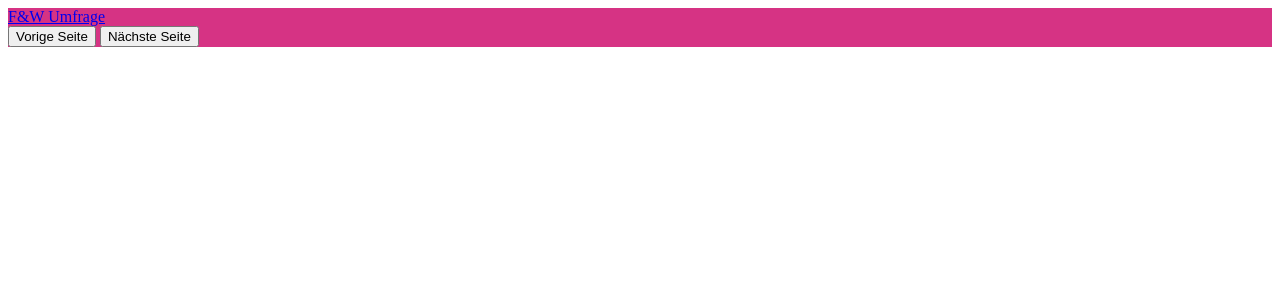
Repository: stephane71183101/Stephane-Personal-Health-Survey
Page: http://localhost/includes/header.php
The author's editor kept a copy of each file at every save. The page is drawn from the files as they stood at one save, then again after the next save.
The browser window is 1280 px wide. The pictures show the whole page.
The page is run by PHP 8.4 with error messages shown; the project is at /var/www/html/.

Above is the page before, as saved 2022-03-16 10:37:58.

After the next save:
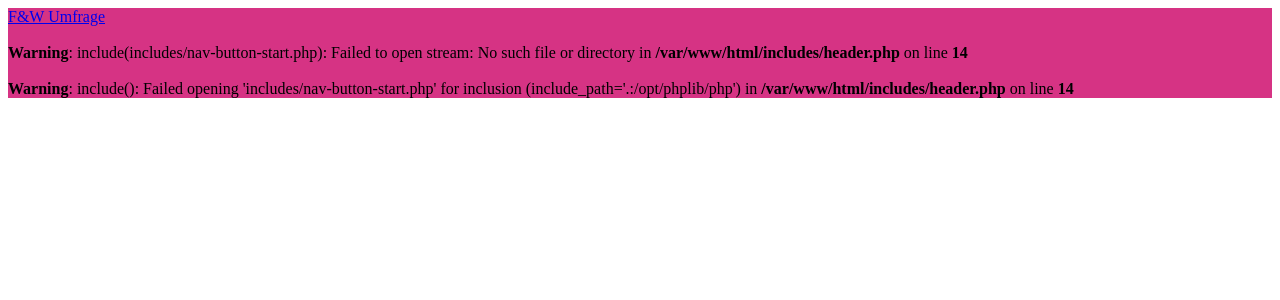
Saved 27 s later.
--- a/includes/header.php
+++ b/includes/header.php
@@ -5,13 +5,14 @@
         <a class="navbar-brand text-white" href="#">F&W Umfrage</a>
     <div class="nav justify-content-end" id="navbarNav">
     <form class="d-flexme-2">
+    <!--
     <button class="btn btn-outline-dark" type="submit">Vorige Seite</button>
     <button class="btn btn-outline-dark" type="submit">Nächste Seite</button>
+    -->
+    <?php
 
-    <?php
-    /*
     include 'includes/nav-button-start.php'
-    */
+
     ?>
 
     </form>
